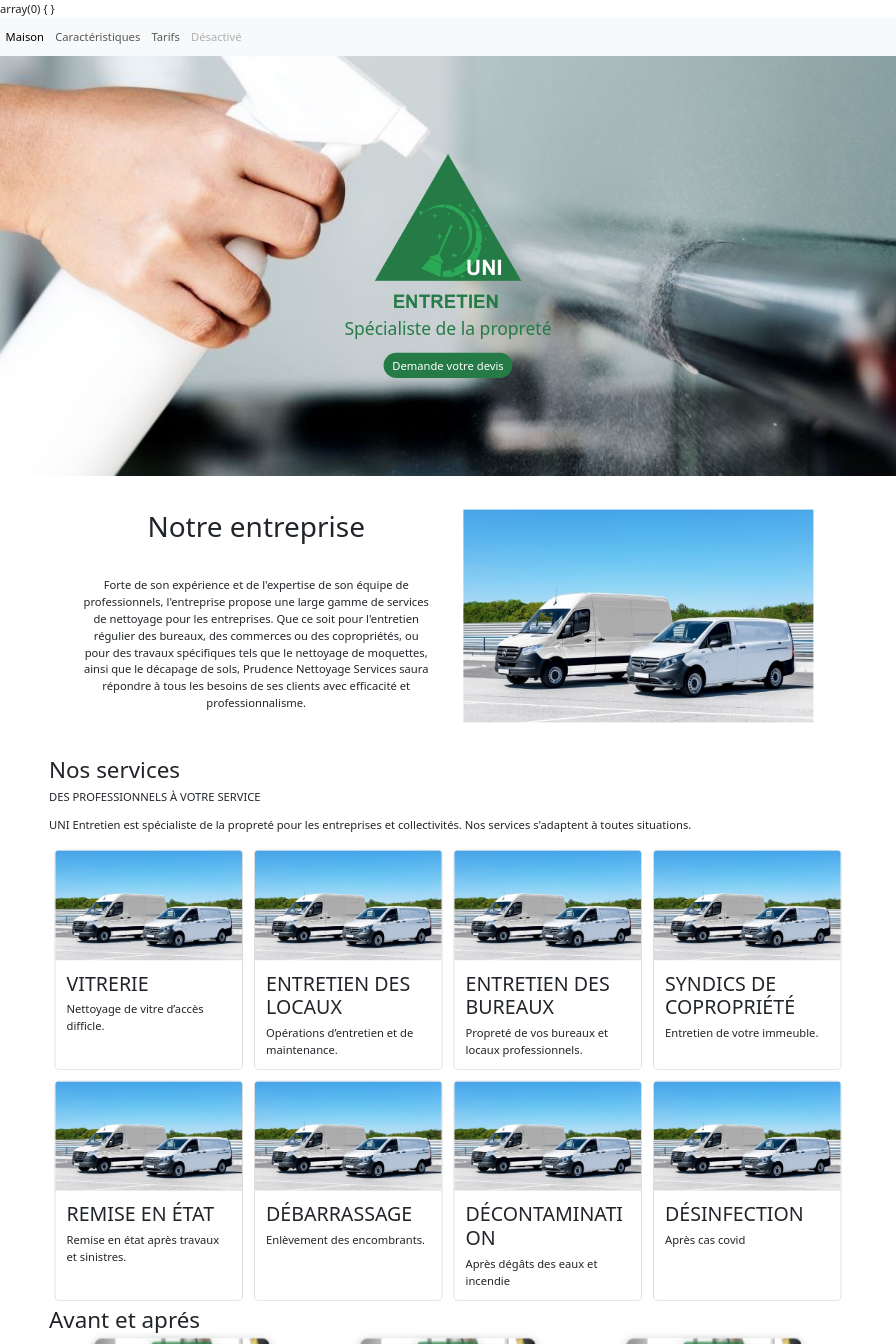
Repository: tomrib/site-UNI
Page: http://localhost/
An editor plug-in stored every save of this project. The page is shown before and after a run of saves, followed by the edit.
The browser window is 1280 px wide. The pictures show the part of the page from y = 0 to 1920 px (the page is 2638 px tall before and 720 px after), at 70% of full size.
The page is run by PHP 8.4 with error messages shown; the project is at /var/www/html/.

Above is the page before, as saved 2023-12-01 13:00:15.

### index.php
<?php
require_once "controller/indexController.php";
?>
<!DOCTYPE html>
<html lang="fr">

<head>
    <meta charset="UTF-8">
    <meta name="viewport" content="width=device-width, initial-scale=1.0">
    <!-- Ajoutez des balises méta avec des mots-clés pertinents pour une entreprise de ménage de bureaux -->

    <meta name="description" content="Votre entreprise de confiance pour le nettoyage professionnel de bureaux et locaux administratifs. Offrez-vous des services de propreté adaptés à vos besoins.">
    <meta name="keywords" content="nettoyage de bureau, entretien locaux professionnels, services de nettoyage commercial, entreprise de propreté, nettoyage espaces de travail, services entretien bureaux, nettoyage professionnel, société nettoyage entreprise, entretien locaux administratifs, nettoyage surfaces professionnelles, services propreté commerciale, entreprise nettoyage bureaux, nettoyage espaces professionnels, prestations nettoyage entreprises, nettoyage régulier bureaux, services hygiène professionnel, entreprise spécialisée propreté, solutions nettoyage bureaux, nettoyage écologique bureaux, services entretien sur mesure">
    <meta name="author" content="Nom de votre entreprise">

    <!-- Incluez une sitemap XML pour aider les moteurs de recherche à indexer votre site -->
    <link rel="sitemap" type="application/xml" title="Sitemap" href="/sitemap.xml">

    <!-- Intégrez des balises Open Graph pour améliorer l'apparence des liens sur les réseaux sociaux -->
    <meta property="og:title" content="UNI Entretien">
    <meta property="og:description" content="UNI Entretien, votre partenaire de confiance pour des services de nettoyage professionnel de bureaux et de locaux administratifs. Notre équipe expérimentée propose une gamme complète de services, de l'entretien régulier des espaces de travail au nettoyage spécifique de moquettes. Découvrez nos solutions de propreté adaptées à vos besoins.">
    <meta property="og:image" content="assets/img/logo/logo_uni_512x512_transparent.png">

    <!-- Lier l'icône favicon -->
    <link rel="icon" href="assets/img/logo/favicon.png" type="image/png">
    <link rel="shortcut icon" href="assets/img/logo/favicon.png" type="image/png">

    <meta http-equiv="Content-Language" content="fr-FR">
    <meta name="robots" content="index, follow">
    <link rel="stylesheet" href="https://cdnjs.cloudflare.com/ajax/libs/font-awesome/5.15.3/css/all.min.css" integrity="SZXxX4whJ79/gErwcOYf+zWLeJdY/qpuqC4cAa9rOGUstPomtqpuNWT9wdPEn2fk" crossorigin="anonymous">

    <link href="https://cdn.jsdelivr.net/npm/bootstrap@5.3.2/dist/css/bootstrap.min.css" rel="stylesheet" integrity="sha384-T3c6CoIi6uLrA9TneNEoa7RxnatzjcDSCmG1MXxSR1GAsXEV/Dwwykc2MPK8M2HN" crossorigin="anonymous">
    <link rel="stylesheet" href="assets/css/style.css">
    <title>UNI Entretien</title>
</head>

<body>

    <nav class="navbar navbar-expand-lg bg-body-tertiary">
        <div class="container-fluid">
            <button class="navbar-toggler collapsed" type="button" data-bs-toggle="collapse" data-bs-target="#navbarNavAltMarkup" aria-controls="navbarNavAltMarkup" aria-expanded="false" aria-label="Basculer la navigation">
                <span class="navbar-toggler-icon"></span>
            </button>
            <div class="navbar-collapse collapse" id="navbarNavAltMarkup">
                <div class="navbar-nav">
                    <a class="nav-link active" aria-current="page" href="#">
                        <font style="vertical-align: inherit;">
                            <font style="vertical-align: inherit;">Maison</font>
                        </font>
                    </a>
                    <a class="nav-link" href="#">
                        <font style="vertical-align: inherit;">
                            <font style="vertical-align: inherit;">Caractéristiques</font>
                        </font>
                    </a>
                    <a class="nav-link" href="#">
                        <font style="vertical-align: inherit;">
                            <font style="vertical-align: inherit;">Tarifs</font>
                        </font>
                    </a>
                    <a class="nav-link disabled" aria-disabled="true">
                        <font style="vertical-align: inherit;">
                            <font style="vertical-align: inherit;">Désactivé</font>
                        </font>
                    </a>
                </div>
            </div>
        </div>
    </nav>

    <div class="container-fluid">
        <section>
            <div class="headImg">
                <div class="displayLogo">
                    <img class="headLogo" src="assets/img/logo/logo_uni_512x512_transparent.png" alt="Le logo est un triangle de couleur verte, et au centre, il y a un balai de couleur vert pâle qui laisse des traces de propreté.">
                    <p>Spécialiste de la propreté</p>
                    <!-- Button trigger modal -->
                    <button type="button" class="btn btn-primary" data-bs-toggle="modal" data-bs-target="#request">
                        Demande votre devis
                    </button>
                </div>
            </div>
        </section>
    </div>
    <div class="container">
        <div class="row">
            <div class="col">
                <section>
                    <div class="text-center m-5">
                        <div class="d-flex">
                            <div class="col">
                                <h1 class="col">Notre entreprise</h1>
                                <p class="col mt-5">Forte de son expérience et de l'expertise de son équipe de
                                    professionnels,
                                    l'entreprise propose une large gamme de services de nettoyage pour les entreprises. Que ce
                                    soit pour
                                    l'entretien régulier des bureaux, des commerces ou des copropriétés, ou pour des travaux
                                    spécifiques
                                    tels que le nettoyage de moquettes, ainsi que le décapage de sols, Prudence Nettoyage
                                    Services saura
                                    répondre à tous les besoins de ses clients avec efficacité et professionnalisme.</p>
                            </div>
                            <img class="col ms-5 imgBusiness" src="assets/img/van.jpg" alt="camionnette de couleur blanc avec le logo de l'entreprice">
                        </div>
                    </div>
                </section>
                <section>
                    <h2>Nos services</h2>
                    <P>DES PROFESSIONNELS À VOTRE SERVICE</P>
                    <P>UNI Entretien est spécialiste de la propreté pour les entreprises et collectivités. Nos services s'adaptent à toutes situations.</P>
                    <div class="d-flex">
                        <div class="card m-2" style="width: 18rem; ">
                            <img src="assets/img/van.jpg" class="card-img-top" alt="...">
                            <div class="card-body">
                                <h3>VITRERIE</h3>
                                <p class="card-text">Nettoyage de vitre d’accès difficle.</p>
                            </div>
                        </div>
                        <div class="card m-2" style="width: 18rem;">
                            <img src="assets/img/van.jpg" class="card-img-top" alt="...">
                            <div class="card-body">
                                <h3>ENTRETIEN DES LOCAUX</h3>
                                <p class="card-text">Opérations d’entretien et de maintenance.</p>
                            </div>
                        </div>
                        <div class="card m-2" style="width: 18rem;">
                            <img src="assets/img/van.jpg" class="card-img-top" alt="...">
                            <div class="card-body">
                                <h3>ENTRETIEN DES BUREAUX</h3>
                                <p class="card-text">Propreté de vos bureaux et locaux professionnels.</p>
                            </div>
                        </div>
                        <div class="card m-2" style="width: 18rem;">
                            <img src="assets/img/van.jpg" class="card-img-top" alt="...">
                            <div class="card-body">
                                <h3>SYNDICS DE COPROPRIÉTÉ​</h3>
                                <p class="card-text">Entretien de votre immeuble.</p>
                            </div>
                        </div>
                    </div>
                    <div class="d-flex">
                        <div class="card m-2" style="width: 18rem;">
                            <img src="assets/img/van.jpg" class="card-img-top" alt="...">
                            <div class="card-body">
                                <h3>REMISE EN ÉTAT</h3>
                                <p class="card-text">Remise en état après travaux et sinistres.</p>
                            </div>
                        </div>
                        <div class="card m-2" style="width: 18rem;">
                            <img src="assets/img/van.jpg" class="card-img-top" alt="...">
                            <div class="card-body">
                                <h3>DÉBARRASSAGE</h3>
                                <p class="card-text">Enlèvement des encombrants.</p>
                            </div>
                        </div>
                        <div class="card m-2" style="width: 18rem;">
                            <img src="assets/img/van.jpg" class="card-img-top" alt="...">
                            <div class="card-body">
                                <h3>DÉCONTAMINATION</h3>
                                <p class="card-text">Après dégâts des eaux et incendie</p>
                            </div>
                        </div>
                        <div class="card m-2" style="width: 18rem;">
                            <img src="assets/img/van.jpg" class="card-img-top" alt="...">
                            <div class="card-body">
                                <h3>DÉSINFECTION</h3>
                                <p class="card-text">Après cas covid</p>
                            </div>
                        </div>
                    </div>
                </section>
                <section>
                    <h2>Avant et aprés</h2>
                    <div class="displayContainer">
                        <div id="cardContainer" class="cardContainer">
                            <div class="cardSide">
                                <div class="side cardFront">
                                    <p class="textSide">Avant </p>
                                    <img class="sideImg" src="assets\img\menage_bureau.jpg" alt="Avant">
                                </div>
                                <div class="side cardBack">
                                    <p class="textSide">Après</p>
                                    <img class="sideImg" src="assets\img\entretion_bureau.jpg" alt="Après">
                                </div>
                            </div>
                        </div>
                        <div id="cardContainer" class="cardContainer">
                            <div class="cardSide">
                                <div class="side cardFront">
                                    <p class="textSide">Avant </p>
                                    <img class="sideImg" src="assets\img\menage_bureau.jpg" alt="Avant">
                                </div>
                                <div class="side cardBack">
                                    <p class="textSide">Après</p>
                                    <img class="sideImg" src="assets\img\entretion_bureau.jpg" alt="Après">
                                </div>
                            </div>
                        </div>
                        <div id="cardContainer" class="cardContainer">
                            <div class="cardSide">
                                <div class="side cardFront">
                                    <p class="textSide">Avant </p>
                                    <img class="sideImg" src="assets\img\menage_bureau.jpg" alt="Avant">
                                </div>
                                <div class="side cardBack">
                                    <p class="textSide">Après</p>
                                    <img class="sideImg" src="assets\img\entretion_bureau.jpg" alt="Après">
                                </div>
                            </div>
                        </div>
                    </div>
                </section>
                <section>
                    <!-- Modal -->
                    <div class="modal fade" id="request" tabindex="-1" aria-labelledby="exampleModalLabel" aria-hidden="true">
                        <div class="modal-dialog">
                            <div class="modal-content">
                                <div class="modal-header">
                                    <h2 class="modal-title fs-5" id="exampleModalLabel">Demande de devis</h2>
                                </div>
                                <form action="" method="post">
                                    <div class="modal-body">
                                        <div class="displayForm">
                                            <div class="d-flex">
                                                <div class="m-3">
                                                    <label for="firstname" class="form-label ">Prénom<span>*</span></label>
                                                    <input type="text" class="form-control" value="" id="firstname"  name="firstname" aria-describedby="Prénom">
                                                </div>
                                                <div class="m-3">
                                                    <label for="lastname" class="form-label">Nom<span>*</span></label>
                                                    <input type="text" class="form-control" value="" id="lastname" name="lastname" aria-describedby="Nom">
                                                </div>
                                            </div>
                                            <div class="d-flex">
                                                <div class="m-3">
                                                    <label for="companyName" class="form-label">Nom de l'entreprise<span>*</span></label>
                                                    <input type="text" class="form-control" value="" name="companyName" id="companyName" aria-describedby="Nom de l'entreprise">
                                                </div>
                                                <div class="m-3">
                                                    <label for="phone" class="form-label ">Numéro de téléphone<span>*</span></label>
                                                    <input type="tel" class="form-control" value="" name="phone" id="phone" aria-describedby="Numéro de téléphone">
                                                </div>
                                            </div>
                                            <div>
                                                <div class="m-3">
                                                    <label for="email" class="form-label ">E-mail<span>*</span></label>
                                                    <input type="email" class="form-control" name="email" value="" id="email" aria-describedby="email">
                                                </div>
                                            </div>
                                            <div class="d-flex">
                                                <div class="m-3">
                                                    <label for="surface" class="form-label">Surface (en m2)<span>*</span></label>
                                                    <input type="number" min="0" class="form-control" name="surface" value="" id="surface" aria-describedby="Surface (en m2)">
                                                </div>

                                                <div class="m-3">
                                                    <label for="frequency" class="form-label ">Fréquence<span>*</span></label>
                                                    <select type="text" class="form-control" name="frequency" value="" id="frequency" aria-describedby="telephone">
                                                        <option disabled selected value="">Veuillez sélectionner</option>
                                                        <option value="1 fois par semaine">1 fois par semaine</option>
                                                        <option value="2 fois par semaine">2 fois par semaine</option>
                                                        <option value="3 fois par semaine">3 fois par semaine</option>
                                                        <option value="4 fois par semaine">4 fois par semaine</option>
                                                        <option value="5 fois par semaine">5 fois par semaine</option>
                                                        <option value="6 fois par semaine">6 fois par semaine</option>
                                                        <option value="7 fois par semaine">7 fois par semaine</option>
                                                        <option value="Mensuelle">Mensuelle</option>
                                                        <option value="Occasionnelle">Occasionnelle</option>
                                                    </select>
                                                </div>
                                            </div>
                                            <div>
                                                <div class="m-3">
                                                    <label for="city" class="form-label ">Ville<span>*</span></label>
                                                    <input type="text" class="form-control" name="city" value="" id="city" aria-describedby="Ville">
                                                </div>
                                            </div>
                                            <div class="form-floating m-3">
                                                <textarea class="form-control" placeholder="Leave a comment here" id="message" style="height: 100px" name="message" value=""></textarea>
                                                <label for="message">Votre message (optionnel)</label>
                                            </div>
                                            <div class="form-check m-3">
                                                <input class="form-check-input" type="checkbox" name="flexCheck" value="" id="flexCheck">
                                                <label class="form-check-label" for="flexCheck">
                                                En soumettant ce formulaire, j'accepte que les informations saisies soient exploitées dans le cadre de la demande de devis et de la relation commerciale qui peut en découler.<span>*</span>
                                                </label>
                                            </div>
                                        </div>
                                    </div>
                                    <div class="modal-footer">
                                        <button type="button" class="btn btn-secondary" data-bs-dismiss="modal">Close</button>
                                        <button type="submit" class="btn btn-primary">Submit</button>
                                    </div>
                                </form>
                            </div>
                        </div>
                    </div>
                </section>
            </div>
        </div>
    </div>
    <!-- Style général du pied de page -->
    <footer>
        <!-- Informations de contact -->
        <section>
            <h3>Contact</h3>
            <p>Email : contact@votresite.fr</p>
            <p>Téléphone : +33 01 23 45 67 89</p>
        </section>

        <!-- Politique de confidentialité et mentions légales -->
        <section>
            <h3>Politique de confidentialité</h3>
            <p><a href="/confidentialite">Consultez notre politique de confidentialité</a></p>
            <h3>Mentions légales</h3>
            <p><a href="/mentions-legales">Informations légales sur le site</a></p>
        </section>

        <!-- Section recrutement -->
        <section>
            <h3>ttt</h3>
            <p><a href="mailto:">candidature</a></p>
        </section>

        <!-- Copyright -->
        <section>
            <p>&copy; 2023 <a href="https://www.linkedin.com/public-profile/settings?trk=d_flagship3_profile_self_view_public_profile" target="_blank">Ribeiro Tommy</a>. Tous droits réservés.</p>
        </section>
    </footer>

    <script async src="https://www.googletagmanager.com/gtag/js?id=VOTRE_ID"></script>
    <script src="assets/js/analytics.js"></script>

    <script src="https://cdn.jsdelivr.net/npm/bootstrap@5.3.2/dist/js/bootstrap.bundle.min.js" integrity="sha384-C6RzsynM9kWDrMNeT87bh95OGNyZPhcTNXj1NW7RuBCsyN/o0jlpcV8Qyq46cDfL" crossorigin="anonymous"></script>
</body>

</html>

### controller/indexController.php
<?php
$formError = [];
$regex = [
    'name' => '/^[A-Za-z\- áàâäãåçéèêëíìîïñóòôöõúùûüýÿæœÁÀÂÄÃÅÇÉÈÊËÍÌÎÏÑÓÒÔÖÕÚÙÛÜÝŸÆŒ]{1,20}$/',
    'email' => '/^[a-zA-Z0-9._%+-]+@[a-zA-Z0-9.-]+\.[a-zA-Z]{2,}$/',
    'address' => '/^([1-9][0-9]*(?:-[1-9][0-9]*)*)[\s,-]+(?:(bis|ter|qua)[\s,-]+)?([\w]+[\-\w]*)[\s,]+([-\w].+)$/',
    'phone' => '/^(?:0)\s*[1-9](?:[\s.-]*\d{2}){4}$/',
    'text' => '/^(?!.*\bscript\b).*$/i',
];
$frequency = [
    "1 fois par semaine",
    "2 fois par semaine",
    "3 fois par semaine",
    "4 fois par semaine",
    "5 fois par semaine",
    "6 fois par semaine",
    "7 fois par semaine",
    "Mensuelle",
    "Occasionnelle"
];
var_dump($_POST);
if (!empty($_POST)) {
    # code...
}

### assets/css/style.css
*{
    padding: 0;
    margin: 0;
}
/*haed*/
.headImg{
    width: 100%;
    height: 600px;
    background-image: url(../img/femme.jpg);
    background-size: cover;
    background-repeat: no-repeat;
    background-position: bottom;
}

.displayLogo {
    width: 100%;
    height: 600px;
    display: flex;
    flex-direction: column;
    justify-content: center;
    align-items: center;
    text-align: center;
}
.displayLogo p {
    font-size: 25px;
    color: #257b46;
}


.displayLogo button{
    background-color: #257b46;
    border: none;
    border-radius: 25px;
}
.displayLogo button:hover{
    background-color: #fff;
    color: #257b46;
    border-radius: 25px;
}

.headLogo{
    width: 230px;
}
/* retire la bande blanc a droite*/
.container, .container-fluid, .container-lg, .container-md, .container-sm, .container-xl, .container-xxl{
    --bs-gutter-x:0px;
}
/* formulaire */
span{
    color: #ff0000;
}
/* card */
.displayContainer{
    display: flex;
}
.cardContainer{
    width: 250px;
    height: 320px;
    position: relative;
    margin: 0 auto;
    border-radius: 5px;
}

.cardSide{
    width: 100%;
    height: 100%;
    position:absolute;
    box-shadow: rgba(0, 0, 0, 0.35) 0px 5px 15px;
    transition: transform 500ms ease-in-out;
    transform-style: preserve-3d;
    border-radius: 10px;

}

.cardSide:hover{
    transform: rotateY(180deg);
}

.side{
    width: 100%;
    height: 100%;
    position: absolute;
    backface-visibility: hidden;
}

.cardBack{
    transform: rotateY(180deg);
}

.sideImg{
    width: 100%;
    height: 100%;
    background: cover;
    border-radius: 10px;
}

.textSide{
    position: absolute;
    top: 5px;
    left: 50%; /* Ajuster la position à 50% de la largeur pour la centrer */
    transform: translateX(-50%); /* Déplacer vers la gauche de 50% de sa propre largeur pour la centrer */
    padding: 10px;
    background-color: #257b46b9;
    color: #ffffff;
    border-radius: 5px;
    box-shadow: #257b4694 0px 5px 15px;
    font-size: 25px;
}

/* Ajout de règles @media pour rendre le style réactif */

@media (max-width: 828px) {
    .imgBusiness{
        display: none;
    }
    .cardContainer{
    margin-top: 25px;
}
    .displayContainer{
        flex-direction: column;
    }

    .cardContainer {
        max-width: 100%; /* Utilisation de la largeur totale de l'écran pour les petits écrans */
    }

    .textSide {
        font-size: 20px; /* Ajuster la taille de la police pour les petits écrans */
    }
}

/* Ajoutez d'autres règles @media au besoin pour différentes tailles d'écran */

### assets/js/analytics.js
window.dataLayer = window.dataLayer || [];
function gtag(){dataLayer.push(arguments);}
gtag('js', new Date());
gtag('config', 'VOTRE_ID');

After the next 4 saves:
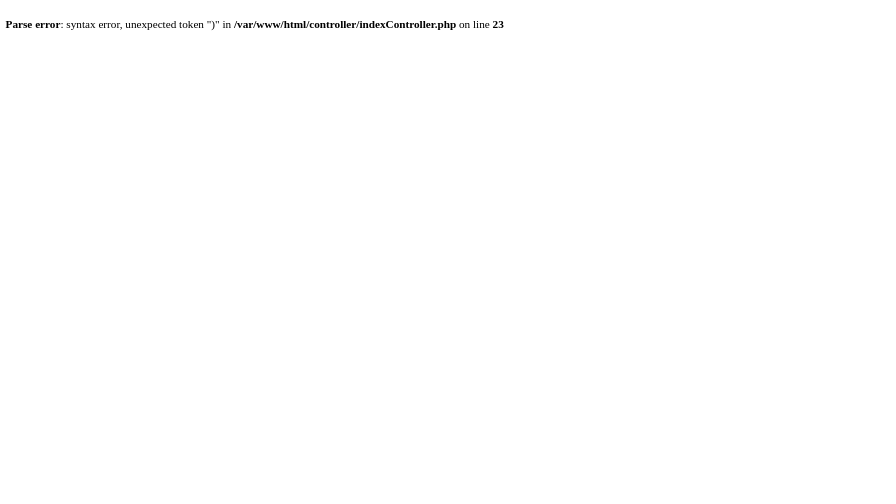
The 4 saves are shown as one change because they came seconds apart.
The last was saved 18 s later.
--- a/controller/indexController.php
+++ b/controller/indexController.php
@@ -20,5 +20,5 @@
 ];
 var_dump($_POST);
 if (!empty($_POST)) {
-    # code...
+    if(!)
 }
